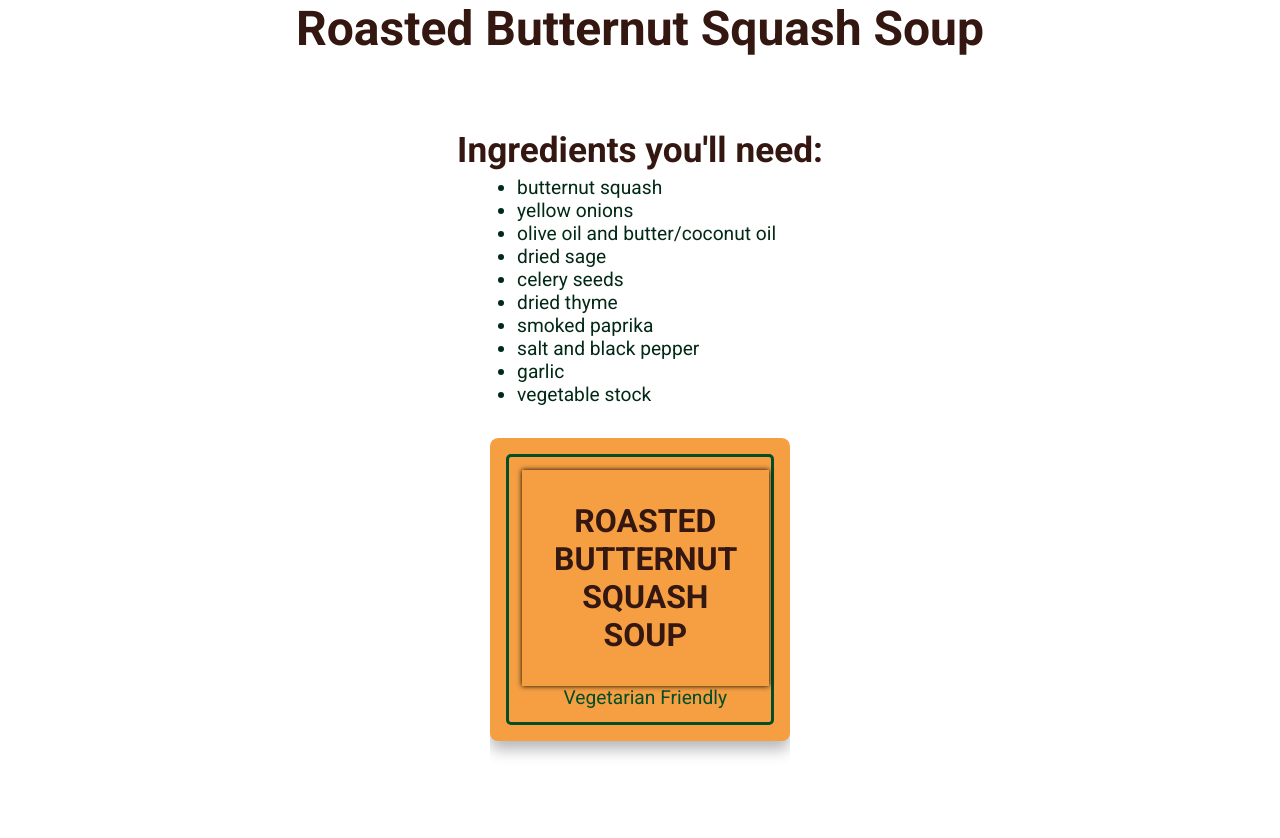
Repository: IDMX225/css-card-flip-LyssaMA
Page: src/index.html
These files come from the project's save history. The page is drawn as it stood at one moment and after the next save; the edit follows.
The browser window is 1280 px wide. The pictures show the whole page.
The style sheet was rebuilt from its Sass, Less or Tailwind sources for each picture, by a compiler version that may differ from the author's.

Above is the page before, as saved 2024-11-12 20:28:01.
Not found: src/js/index.js

After the next save:
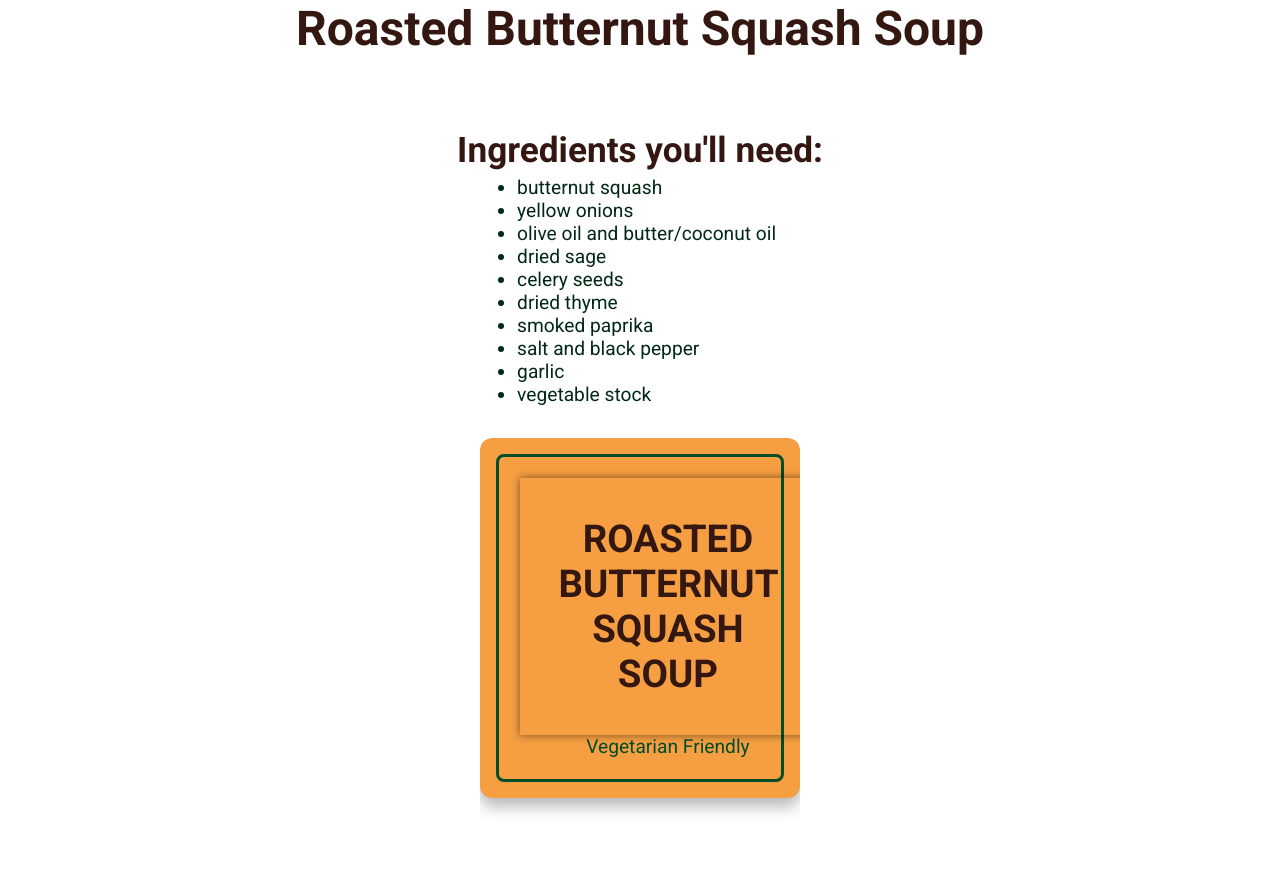
Saved 6 min 33 s later.
--- a/src/sass/main.scss
+++ b/src/sass/main.scss
@@ -59,10 +59,10 @@ body {
 
 /* Card Container */
 .card {
-  width: 300px;
-  height: 400px;
+  width: 320px;  /* Increased size to make the card larger */
+  height: 450px; /* Increased height for better proportions */
   perspective: 1000px;
-  border-radius: 8px;
+  border-radius: 12px; /* Slightly rounder corners for better effect */
   overflow: hidden;
   padding-bottom: 2em; /* Add padding under the card */
 }
@@ -91,15 +91,15 @@ body {
   display: grid;
   justify-items: center;
   align-items: center;
-  border-radius: 8px;  /* Ensures that the corners of both front and back are rounded */
+  border-radius: 12px;  /* Ensure the corners of both front and back are rounded */
 }
 
 /* Front of the Card */
 .card__front {
   background-color: var(--clr);
   color: #034d28; /* Dark green text for contrast */
-  padding: 2em;  /* Adjust padding to allow space without shrinking */
-  border-radius: 8px; /* Match the card's rounded corners */
+  padding: 2.5em;  /* Adjust padding to allow more space inside */
+  border-radius: 12px; /* Match the card's rounded corners */
   box-shadow: 0 8px 16px rgba(0, 0, 0, 0.3); /* Add shadow to front for depth */
   position: relative;
   box-sizing: border-box; /* Ensure padding and borders are included in width/height */
@@ -114,19 +114,19 @@ body {
   left: 1em;
   right: 1em;
   border: 3px solid currentColor;
-  border-radius: 5px; /* Rounded corners on the border */
+  border-radius: 8px; /* Rounded corners on the border */
   pointer-events: none; /* Prevent interaction with the border */
 }
 
 /* Title on Card Front */
 .card__title {
   font-family: var(--font-family);
-  font-size: 2rem;
+  font-size: 2.4rem; /* Slightly larger title size */
   font-weight: var(--fw-bold);
   text-transform: uppercase;
   color: #331710;
-  box-shadow: 0 0 5px black;
-  padding: 1em; /* Padding inside the box for space from the border */
+  box-shadow: 0 0 8px rgba(0, 0, 0, 0.5); /* Enhanced shadow around title */
+  padding: 1em; /* Even padding inside the box for space from the border */
   text-align: center;
   position: relative; /* Ensure the title is properly positioned */
   z-index: 1;  /* Ensure the title is on top of the border */
@@ -145,8 +145,8 @@ body {
   background: var(--clr-dark);
   color: #f7d07d;
   transform: rotateY(180deg);
-  border-radius: 8px; /* Ensure the back matches the card's rounded corners */
-  padding: 2em; /* Add some padding to the back */
+  border-radius: 12px; /* Ensure the back matches the card's rounded corners */
+  padding: 2.5em; /* Add padding to the back */
   box-sizing: border-box; /* Include padding in the overall size */
 }
 
